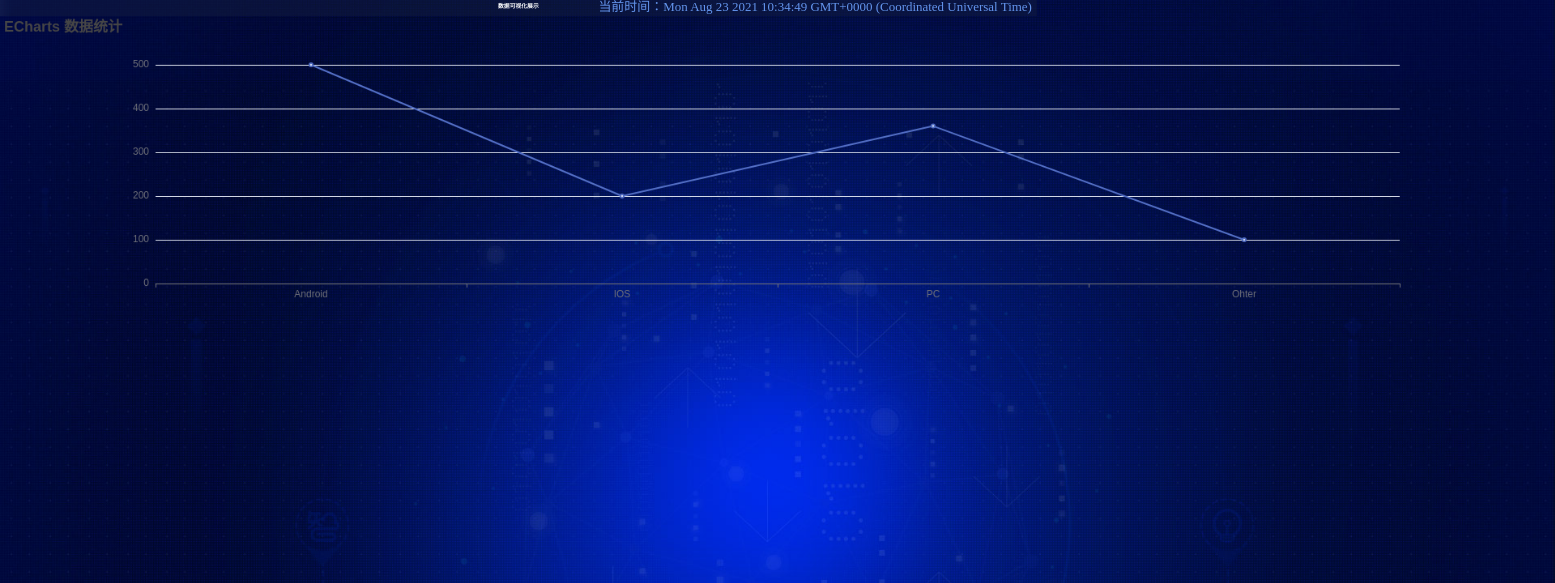
Repository: jiang-1990/DataVM
Page: /
The author's editor kept a copy of each file at every save. The page is drawn from the files as they stood at one save, then again after the next save.
The browser window is 1280 px wide. The page is 1920 px wide, so the pictures cover 1920 px, including what lies to the right of the window. The pictures show the whole page, at 81% of full size.
The project was rebuilt for these pictures with package versions that can differ from the ones it lists, and the page was loaded fresh each time.

Above is the page before, as saved 2021-08-23 13:37:01.

After the next save:
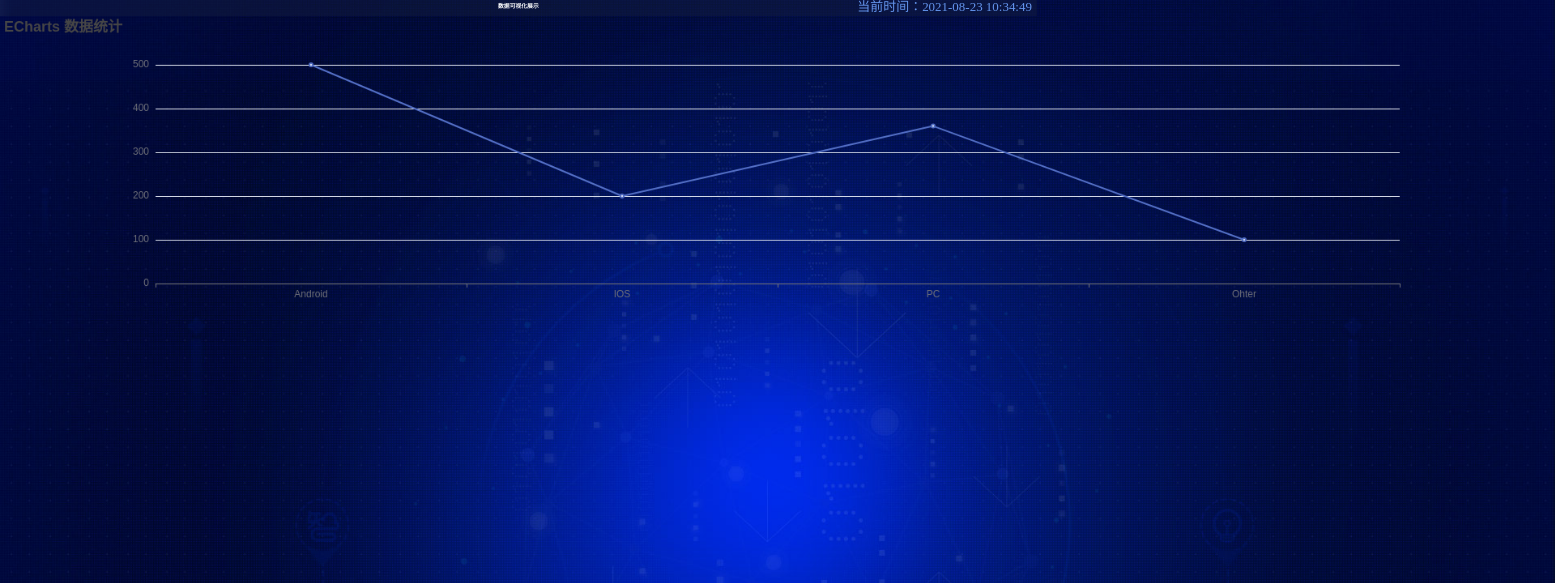
Saved 6 min 8 s later.
--- a/src/components/bigScreen.vue
+++ b/src/components/bigScreen.vue
@@ -2,7 +2,7 @@
   <div>
     <div class="top">
       <h1>数据可视化展示</h1>
-      <span class="time">当前时间：{{date | formatDate(date)}}</span>
+      <span class="time">当前时间：{{date | dateFormat}}</span>
     </div>
     <div id="myChart" style="width:1920px; height: 400px;"></div>
   </div>
@@ -17,6 +17,20 @@ export default {
       date: new Date(),//当前日期
     }
   },
+  // 定义一个局部的过滤器，格式化当前时间
+      filters: {
+        dateFormat: (dateTime) => {
+          var now = new Date(dateTime)
+          var y = now.getFullYear()
+          var m = (now.getMonth() + 1).toString().padStart(2, '0')
+          var d = now.getDate().toString().padStart(2, '0')
+          var hh = now.getHours().toString().padStart(2, '0')
+          var mm = now.getMinutes().toString().padStart(2, '0')
+          var ss = now.getSeconds().toString().padStart(2, '0')
+          // 过滤器中要有返回值
+          return `${y}-${m}-${d} ${hh}:${mm}:${ss}`
+        }
+      },
   mounted(){
     this.createchart()
     var _this = this;
